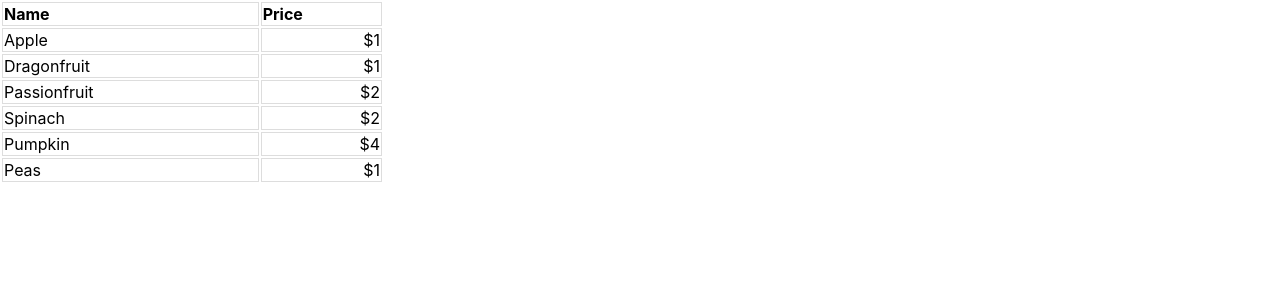
Repository: mariocapitbrok/reactjs-learn
Page: / (app in 05_filtered-data-table/)
An editor plug-in stored every save of this project. The page is shown before and after the next save, followed by the edit.
The browser window is 1280 px wide. The pictures show the whole page.
The project was rebuilt for these pictures with package versions that can differ from the ones it lists, and the page was loaded fresh each time.

Above is the page before, as saved 2023-02-25 23:42:04.

### 05_filtered-data-table/src/App.js
import Table from './components/Table'
import styled from 'styled-components'
import './App.css'

function App() {
  return (
    <div className="App">
      <Table data={data} />
    </div>
  )
}

export default App

const PRODUCTS = [
  { category: 'Fruits', price: '$1', stocked: true, name: 'Apple' },
  { category: 'Fruits', price: '$1', stocked: true, name: 'Dragonfruit' },
  { category: 'Fruits', price: '$2', stocked: false, name: 'Passionfruit' },
  { category: 'Vegetables', price: '$2', stocked: true, name: 'Spinach' },
  { category: 'Vegetables', price: '$4', stocked: false, name: 'Pumpkin' },
  { category: 'Vegetables', price: '$1', stocked: true, name: 'Peas' },
]

const data = PRODUCTS.map(p => ({
  name: p.name,
  price: p.price,
}))

### 05_filtered-data-table/src/components/Table.jsx
import '../App.css'

function Table({ data }) {
  const tableHeaders = createTableHeaders(data)

  const tableRows = createTableRows(data)

  return (
    <table id={getTableId(data)}>
      <thead>{tableHeaders}</thead>
      <tbody>{tableRows}</tbody>
    </table>
  )
}

export default Table

function getTableId(arr) {
  const firstObj = arr[0]
  let result = ''
  let maxLength = 16

  for (const key in firstObj) {
    const firstThreeChars = key.slice(0, 3)
    result += firstThreeChars
    if (result.length >= maxLength) {
      break
    }
  }

  return result
}

function createTableHeaders(data) {
  const keys = Object.keys(data[0])
  const headerCells = keys.map(key => (
    <th key={key} className={key}>
      {key}
    </th>
  ))

  return <tr>{headerCells}</tr>
}

function createTableRows(data) {
  return data.map(row => {
    const cells = Object.entries(row).map(([key, value]) => (
      <td key={row.id ? `${row.id}-${key}` : createUniqueId()} className={key}>
        {value}
      </td>
    ))
    return <tr key={row.id || createUniqueId()}>{cells}</tr>
  })
}

function createUniqueId() {
  const randomStr = Math.random().toString(36).slice(2, 11)
  return `${randomStr}`
}

### 05_filtered-data-table/src/App.css

/* Table*/
#nampri {
  width: 30%;
  min-width: 200px;
}

#nampri th {
  text-align: left;
}

#nampri th, #nampri td {
  border: 1px solid #ddd;
}

td.price {
  text-align: right;
}

th {
  text-transform: capitalize;
}

Loaded but not shown: 05_filtered-data-table/public/index.html (common file); 05_filtered-data-table/src/index.js (common file); 05_filtered-data-table/src/index.css (common file); 05_filtered-data-table/src/reportWebVitals.js (common file)

After the next save:
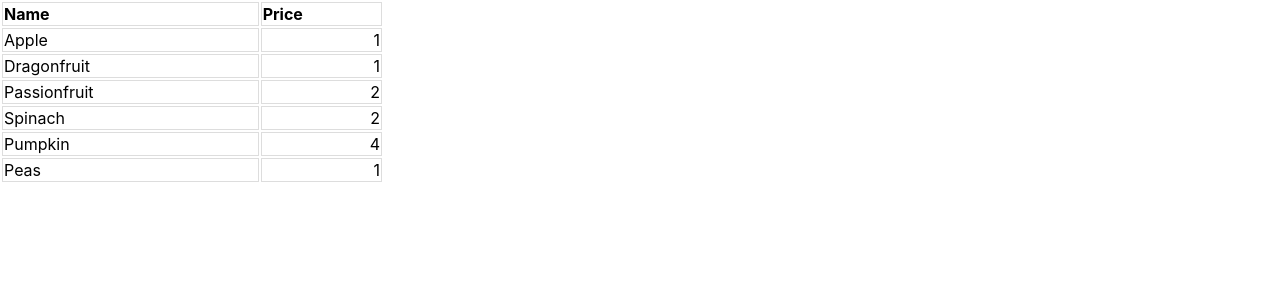
Saved 12 min 47 s later.
--- a/05_filtered-data-table/src/App.js
+++ b/05_filtered-data-table/src/App.js
@@ -23,5 +23,5 @@ const PRODUCTS = [
 
 const data = PRODUCTS.map(p => ({
   name: p.name,
-  price: p.price,
+  price: parseFloat(p.price.slice(1)),
 }))
